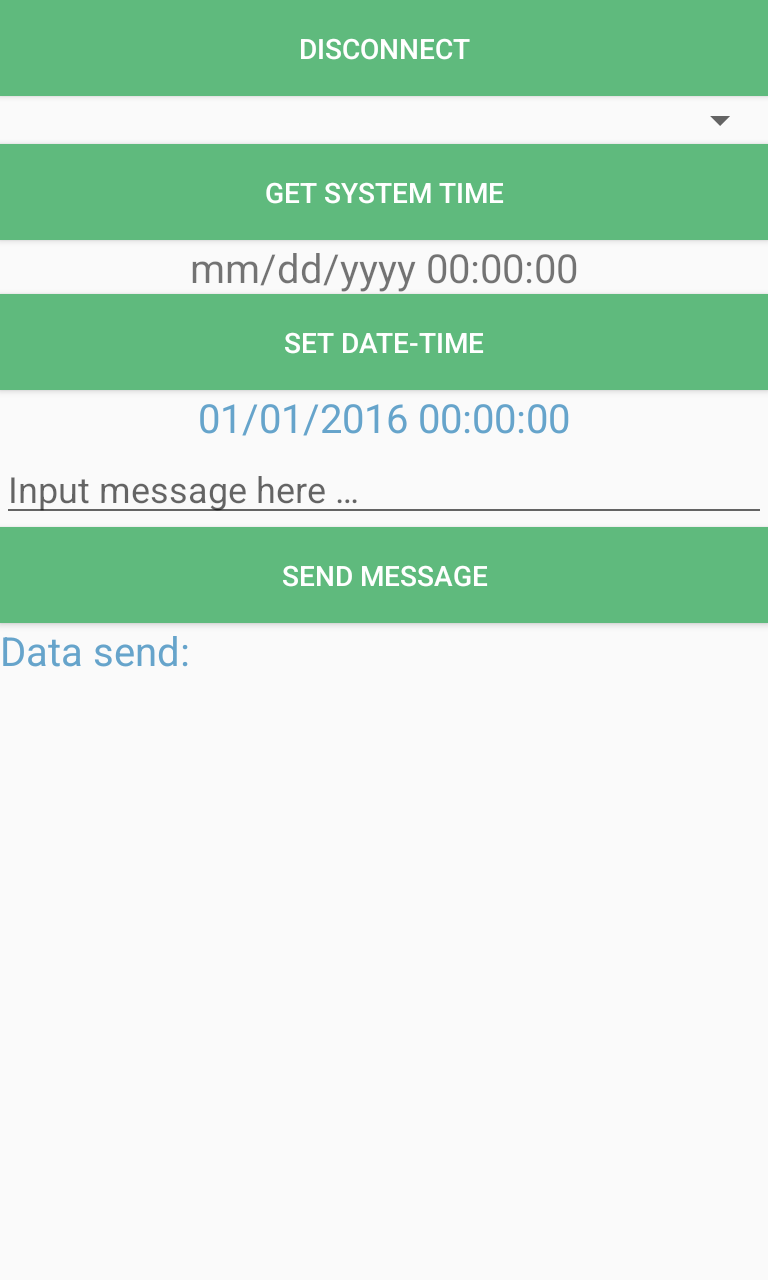
Repository: FisherKei/EclipseWorkspace
Layout: PIC_HC05_DS1307/PIC_HC06_DS1307/res/layout/timer_ds1307.xml
These files come from the project's save history. The layout is drawn as it stood at one moment and after the next save; the edit follows.
It is drawn on a 768 x 1280 px phone screen (xhdpi) without system bars, with theme AppTheme; the app's code is not run.

Above is the layout before, as saved 2016-06-27 12:59:24.

### PIC_HC05_DS1307/PIC_HC06_DS1307/res/layout/timer_ds1307.xml
<LinearLayout xmlns:android="http://schemas.android.com/apk/res/android"
    xmlns:tools="http://schemas.android.com/tools"
    android:id="@+id/LinearLayout1"
    android:layout_width="match_parent"
    android:layout_height="match_parent"
    android:orientation="vertical" >

    <Button
        android:id="@+id/btnDisconnect"
        android:layout_width="match_parent"
        android:layout_height="wrap_content"
        android:background="#5FBA7D"
        android:textColor="#ffffff"
        android:text="@string/strBTDisconnect"/>

    <Spinner
        android:id="@+id/spinSetTimezone"
        android:layout_width="match_parent"
        android:layout_height="wrap_content" />

    <Button
        android:id="@+id/btnGetSysTime"
        android:layout_width="match_parent"
        android:layout_height="wrap_content"
        android:background="#5FBA7D"
        android:textColor="#ffffff"
        android:text="@string/strBtnGetSysTime"/>


    <TextView
        android:id="@+id/txtvSysTime"
        android:layout_width="wrap_content"
        android:layout_height="wrap_content"
        android:layout_gravity="center_horizontal"
        android:text="@string/strTimerVal"
        android:textSize="20sp" />

    <Button
        android:id="@+id/btnSetDateTime"
        android:layout_width="match_parent"
        android:layout_height="wrap_content"
        android:background="#5FBA7D"
        android:textColor="#ffffff"
        android:text="@string/strBtnSetDateTime"/>

    <TextView
        android:id="@+id/txtvTimeSelected"
        android:layout_width="wrap_content"
        android:layout_height="wrap_content"
        android:textColor="#66A4CB"
        android:layout_gravity="center_horizontal"
        android:text="@string/strInitialDateTime"
        android:textSize="20sp" />

    <EditText
        android:id="@+id/editMessage"
        android:layout_width="match_parent"
        android:layout_height="wrap_content"
        android:singleLine="true"
        android:hint="@string/strSendMessage"/>

    <Button
        android:id="@+id/btnSendMessage"
        android:layout_width="match_parent"
        android:layout_height="wrap_content"
        android:background="#5FBA7D"
        android:textColor="#ffffff"
        android:text="@string/strBtnSend"/>

    <TextView
        android:layout_width="match_parent"
        android:layout_height="wrap_content"
        android:textColor="#66A4CB"
        android:text="@string/strTxtvShowSendData"
        android:textSize="20sp" />

    <ScrollView
        android:layout_width="match_parent"
        android:layout_height="wrap_content">

        <TextView
            android:id="@+id/txtvMessages"
            android:layout_width="match_parent"
            android:layout_height="wrap_content"
            android:textSize="30sp"
            android:textColor="#66A4CB"
            android:text=""/>
    </ScrollView>


</LinearLayout>

### PIC_HC05_DS1307/PIC_HC06_DS1307/res/values/strings.xml
<?xml version="1.0" encoding="utf-8"?>
<resources>

    <string name="app_name">PIC_HC06_DS1307</string>
    <string name="action_settings">Settings</string>
    <string name="title_activity_led_control">ledControl</string>
	<string name="strTimerVal">mm/dd/yyyy 00:00:00</string>
    <string name="strBtnGetSysTime">Get System Time</string>
    <string name="strBtnSetDateTime">Set Date-Time</string>
    <string name="strInitialDateTime">01/01/2016 00:00:00</string>
    <string name="strTxtvShowSendData">Data send:</string>
    <string name="strTabDate">DATE</string>
    <string name="strTabTime">TIME</string>
    <string name="strBTDisconnect">Disconnect</string>
    <string name="strSendMessage">Input message here &#8230;</string>
    <string name="strBtnSend">Send message</string>
    <string name="strBtnPaired">Paired Devices</string>

</resources>

Loaded but not shown: PIC_HC05_DS1307/PIC_HC06_DS1307/res/values/styles.xml (common file); PIC_HC05_DS1307/PIC_HC06_DS1307/res/values-v11/styles.xml (common file); PIC_HC05_DS1307/PIC_HC06_DS1307/res/values-v14/styles.xml (common file)

After the next save:
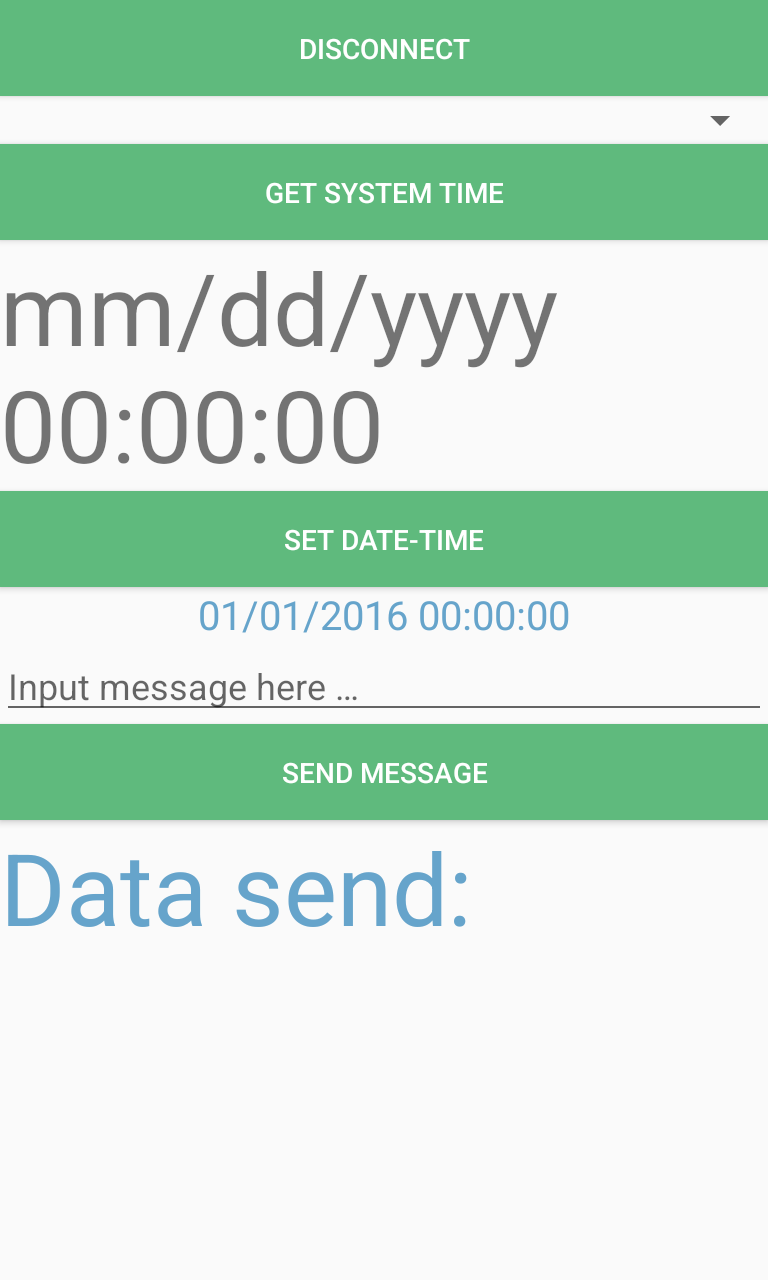
Saved 32 s later.
--- a/PIC_HC05_DS1307/PIC_HC06_DS1307/res/layout/timer_ds1307.xml
+++ b/PIC_HC05_DS1307/PIC_HC06_DS1307/res/layout/timer_ds1307.xml
@@ -33,7 +33,7 @@
         android:layout_height="wrap_content"
         android:layout_gravity="center_horizontal"
         android:text="@string/strTimerVal"
-        android:textSize="20sp" />
+        android:textSize="50sp" />
 
     <Button
         android:id="@+id/btnSetDateTime"
@@ -48,6 +48,7 @@
         android:layout_width="wrap_content"
         android:layout_height="wrap_content"
         android:textColor="#66A4CB"
+        android:textSize="50sp"
         android:layout_gravity="center_horizontal"
         android:text="@string/strInitialDateTime"
         android:textSize="20sp" />
@@ -72,7 +73,7 @@
         android:layout_height="wrap_content"
         android:textColor="#66A4CB"
         android:text="@string/strTxtvShowSendData"
-        android:textSize="20sp" />
+        android:textSize="50sp" />
 
     <ScrollView
         android:layout_width="match_parent"
@@ -82,7 +83,7 @@
             android:id="@+id/txtvMessages"
             android:layout_width="match_parent"
             android:layout_height="wrap_content"
-            android:textSize="30sp"
+            android:textSize="50sp"
             android:textColor="#66A4CB"
             android:text=""/>
     </ScrollView>
